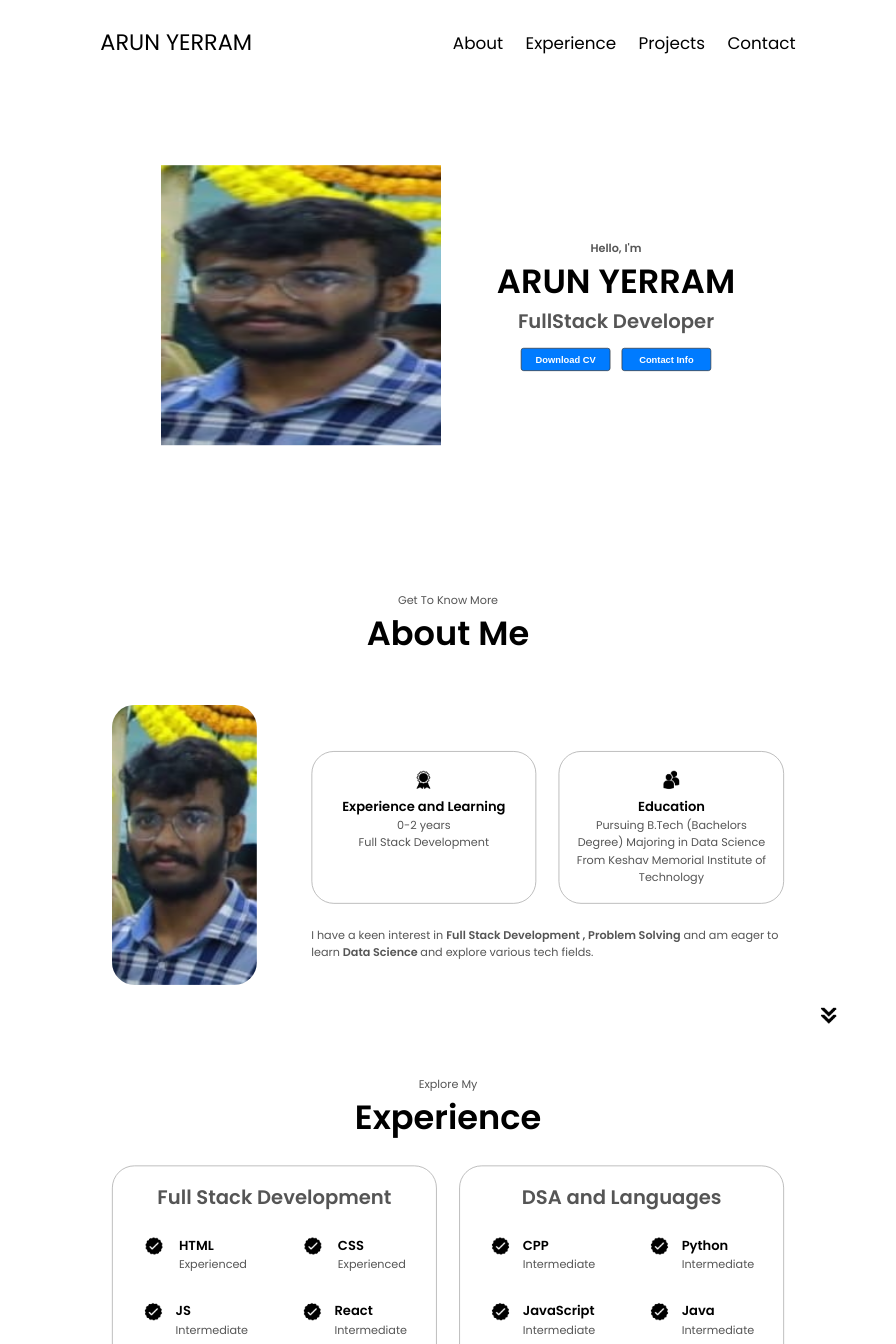
Repository: arunyerram/PortFolio
Page: index.html
An editor plug-in stored every save of this project. The page is shown before and after the next save, followed by the edit.
The browser window is 1280 px wide. The pictures show the part of the page from y = 0 to 1920 px (the page is 4784 px tall), at 70% of full size.

Above is the page before, as saved 2025-01-26 16:48:59.

After the next save:
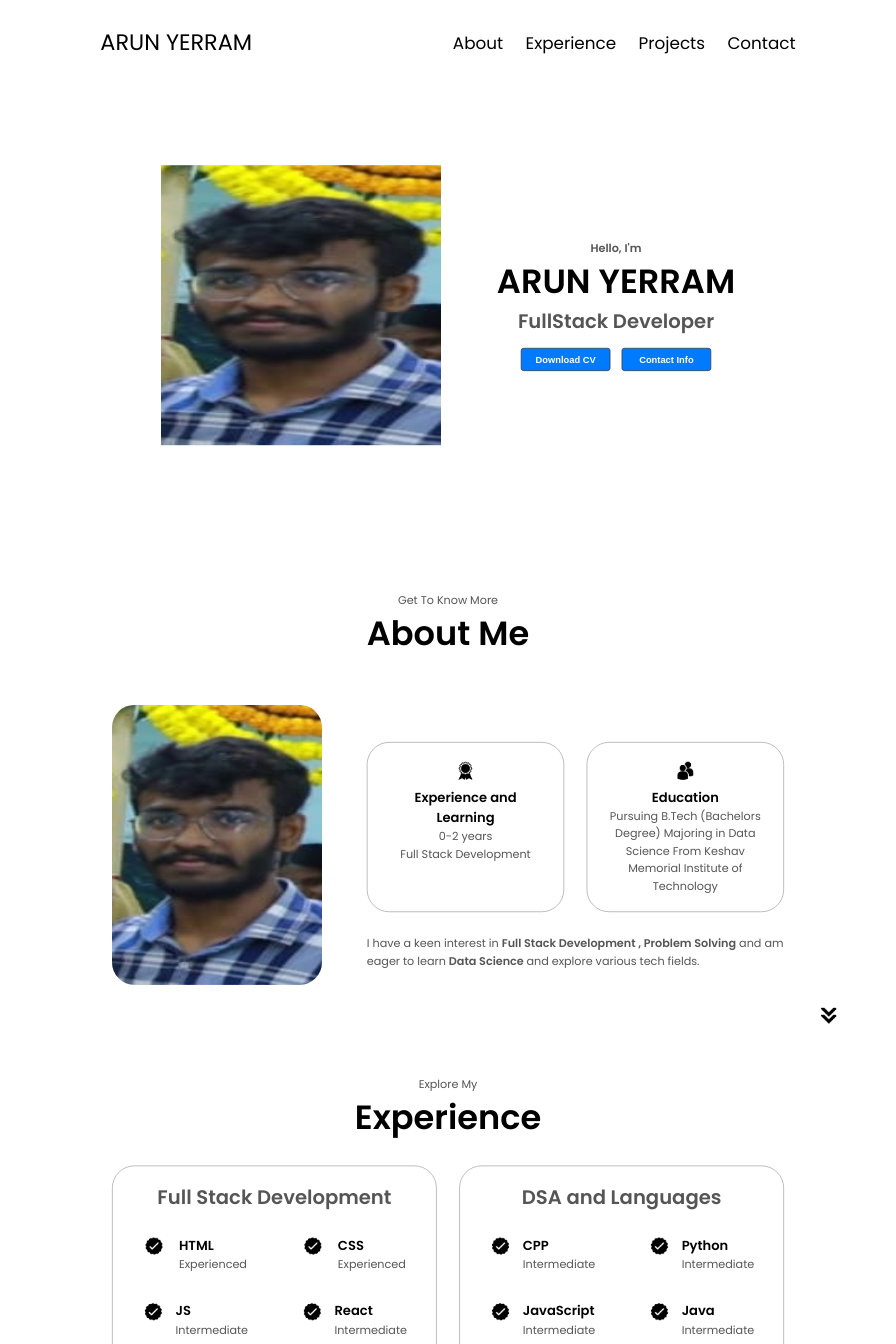
Saved 5 s later.
--- a/index.html
+++ b/index.html
@@ -65,7 +65,7 @@
     <h1 class="title">About Me</h1>
     <div class="section-container">
       <div class="section__pic-container">
-        <img src="./assets/Photo1.jpg" alt="Profile picture" class="about-pic" width=""/>
+        <img src="./assets/Photo1.jpg" alt="Profile picture" class="about-pic" width="300px"/>
       </div>
       <div class="about-details-container">
         <div class="about-containers">
